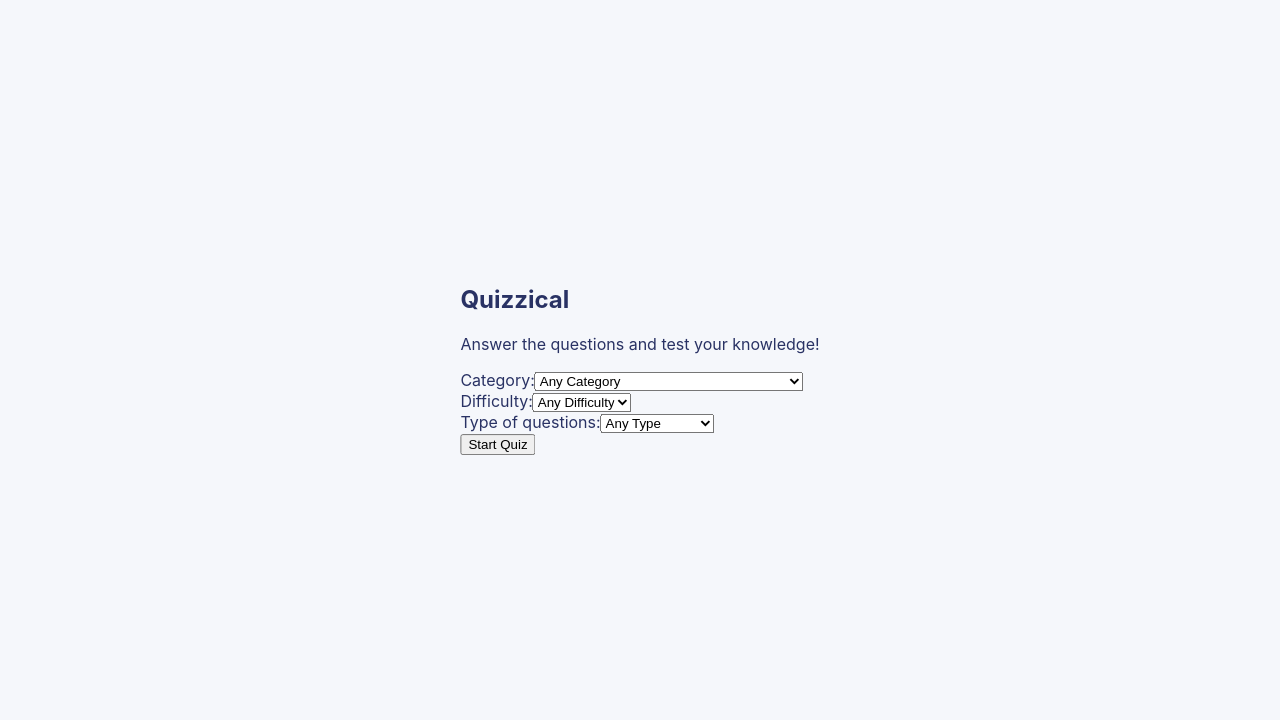
Repository: alexandruvisan19/Quizzical
Page: /
An editor plug-in stored every save of this project. The page is shown before and after a run of saves, followed by the edit.
The browser window is 1280 px wide. The pictures show the whole page.
The project was rebuilt for these pictures with package versions that can differ from the ones it lists, and the page was loaded fresh each time. Also part of the build but not shown: src/components/QuestionsAndAnswers/QuestionsAndAnswers.css, src/components/Question/Question.tsx, src/services/getQuestions.tsx, src/components/QuestionsAndAnswers/QuestionsAndAnswers.tsx.

Above is the page before, as saved 2022-08-04 07:45:50.

### src/index.css
body {
	margin: 0;
	font-family: -apple-system, BlinkMacSystemFont, "Segoe UI", "Roboto", "Oxygen", "Ubuntu", "Cantarell", "Fira Sans",
		"Droid Sans", "Helvetica Neue", sans-serif;
	-webkit-font-smoothing: antialiased;
	-moz-osx-font-smoothing: grayscale;
	background-color: #f5f7fb;
	color: #293264;
}

code {
	font-family: source-code-pro, Menlo, Monaco, Consolas, "Courier New", monospace;
}

### src/App.tsx
import React, { useEffect, useState } from "react";
import "./App.css";
import QuestionsAndAnswers from "./components/QuestionsAndAnswers/QuestionsAndAnswers";
import { ToastContainer, toast } from 'react-toastify';

function App() {
	const [startQuiz, setStartQuiz] = useState(false);
	const [showNoQuestionsError, setShowNoQuestionsError] = useState(false);
	const [quizOptions, setQuizOptions] = useState({
		category: "",
		difficulty: "",
		type: "",
	});

	const startQuizHandler = () => setStartQuiz((prevStartQuiz) => !prevStartQuiz);

	const handleNoQuestionsError = (boolean: any) => setShowNoQuestionsError(boolean);

	const changeQuizHandler = (e: any) => {
		setQuizOptions((prevQuizOptions) => {
			return { ...prevQuizOptions, [e.target.name]: e.target.value };
		});
	};

	console.log(quizOptions);
	toast.error("OH NO ERROR");

	return (
		<div className="App">
			{startQuiz ? (
				<QuestionsAndAnswers
					quizOptions={quizOptions}
					startQuizHandler={startQuizHandler}
					handleNoQuestionsError={handleNoQuestionsError}
				/>
			) : (
				<section className="game-intro">
					<h1 className="game-title">Quizzical</h1>
					<p className="game-text">Answer the questions and test your knowledge!</p>

					{showNoQuestionsError && (
						<h2 className="noQuestions-text">Oops! We couldn't find any questions with these options!</h2>
					)}

					<div className="gameOptions-container">
						<div className="select-container">
							<label className="custom-label" htmlFor="category">
								Category:
							</label>

							<select onChange={changeQuizHandler} name="category" id="category" className="custom-select">
								<option value="">Any Category</option>
								<option value="9">General Knowledge</option>
								<option value="10">Entertainment: Books</option>
								<option value="11">Entertainment: Film</option>
								<option value="12">Entertainment: Music</option>
								<option value="13">Entertainment: Musicals &amp; Theatres</option>
								<option value="14">Entertainment: Television</option>
								<option value="15">Entertainment: Video Games</option>
								<option value="16">Entertainment: Board Games</option>
								<option value="17">Science &amp; Nature</option>
								<option value="18">Science: Computers</option>
								<option value="19">Science: Mathematics</option>
								<option value="20">Mythology</option>
								<option value="21">Sports</option>
								<option value="22">Geography</option>
								<option value="23">History</option>
								<option value="24">Politics</option>
								<option value="25">Art</option>
								<option value="26">Celebrities</option>
								<option value="27">Animals</option>
								<option value="28">Vehicles</option>
								<option value="29">Entertainment: Comics</option>
								<option value="30">Science: Gadgets</option>
								<option value="31">Entertainment: Japanese Anime &amp; Manga</option>
								<option value="32">Entertainment: Cartoon &amp; Animations</option>
							</select>
						</div>

						<div className="select-container">
							<label className="custom-label" htmlFor="difficulty">
								Difficulty:
							</label>

							<select onChange={changeQuizHandler} name="difficulty" id="difficulty" className="custom-select">
								<option value="">Any Difficulty</option>
								<option value="easy">Easy</option>
								<option value="medium">Medium</option>
								<option value="hard">Hard</option>
							</select>
						</div>

						<div className="select-container">
							<label className="custom-label" htmlFor="type">
								Type of questions:
							</label>

							<select onChange={changeQuizHandler} name="type" id="type" className="custom-select">
								<option value="">Any Type</option>
								<option value="multiple">Multiple Choice</option>
								<option value="boolean">True / False</option>
							</select>
						</div>
					</div>

					<button onClick={startQuizHandler} className="btn-primary">
						Start Quiz
					</button>
				</section>
			)}
		</div>
	);
}

export default App;
function setShowNoQuestionsError(boolean: any) {
	throw new Error("Function not implemented.");
}

### src/App.css
.App {
	position: absolute;
	top: 50%;
	left: 50%;
	margin-right: -50%;
	transform: translate(-50%, -50%);
	max-width: 800px;
}

.App-logo {
	height: 40vmin;
	pointer-events: none;
}

.container {
	text-align: center;
}

.container button {
	background-color: #4d5b9e;
	color: #fff;
	border-radius: 12px;
	border: none;
	padding: 15px 40px;
	font-size: 20px;
	cursor: pointer;
}

.container button:hover {
	background-color: #6070c4;
}

@media (prefers-reduced-motion: no-preference) {
	.App-logo {
		animation: App-logo-spin infinite 20s linear;
	}
}

.App-header {
	background-color: #282c34;
	min-height: 100vh;
	display: flex;
	flex-direction: column;
	align-items: center;
	justify-content: center;
	font-size: calc(10px + 2vmin);
	color: white;
}

.App-link {
	color: #61dafb;
}

@keyframes App-logo-spin {
	from {
		transform: rotate(0deg);
	}
	to {
		transform: rotate(360deg);
	}
}

Loaded but not shown: public/index.html (common file); src/index.tsx (common file); src/reportWebVitals.ts (common file)

After the next 2 saves:
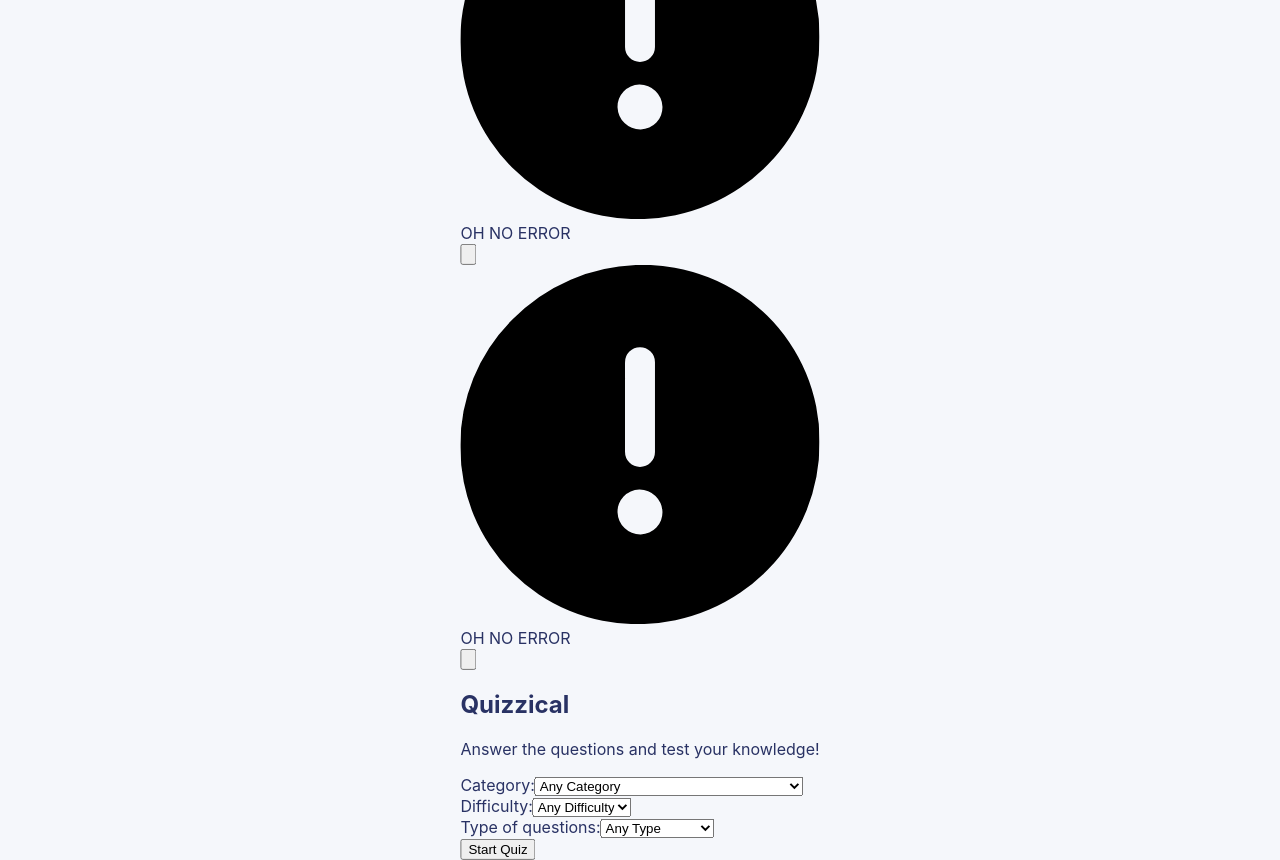
The 2 saves are shown as one change because they came seconds apart.
The last was saved 14 s later.
--- a/src/App.tsx
+++ b/src/App.tsx
@@ -1,7 +1,7 @@
 import React, { useEffect, useState } from "react";
 import "./App.css";
 import QuestionsAndAnswers from "./components/QuestionsAndAnswers/QuestionsAndAnswers";
-import { ToastContainer, toast } from 'react-toastify';
+import { ToastContainer, toast } from "react-toastify";
 
 function App() {
 	const [startQuiz, setStartQuiz] = useState(false);
@@ -27,6 +27,7 @@
 
 	return (
 		<div className="App">
+			<ToastContainer />
 			{startQuiz ? (
 				<QuestionsAndAnswers
 					quizOptions={quizOptions}

After the save that followed:
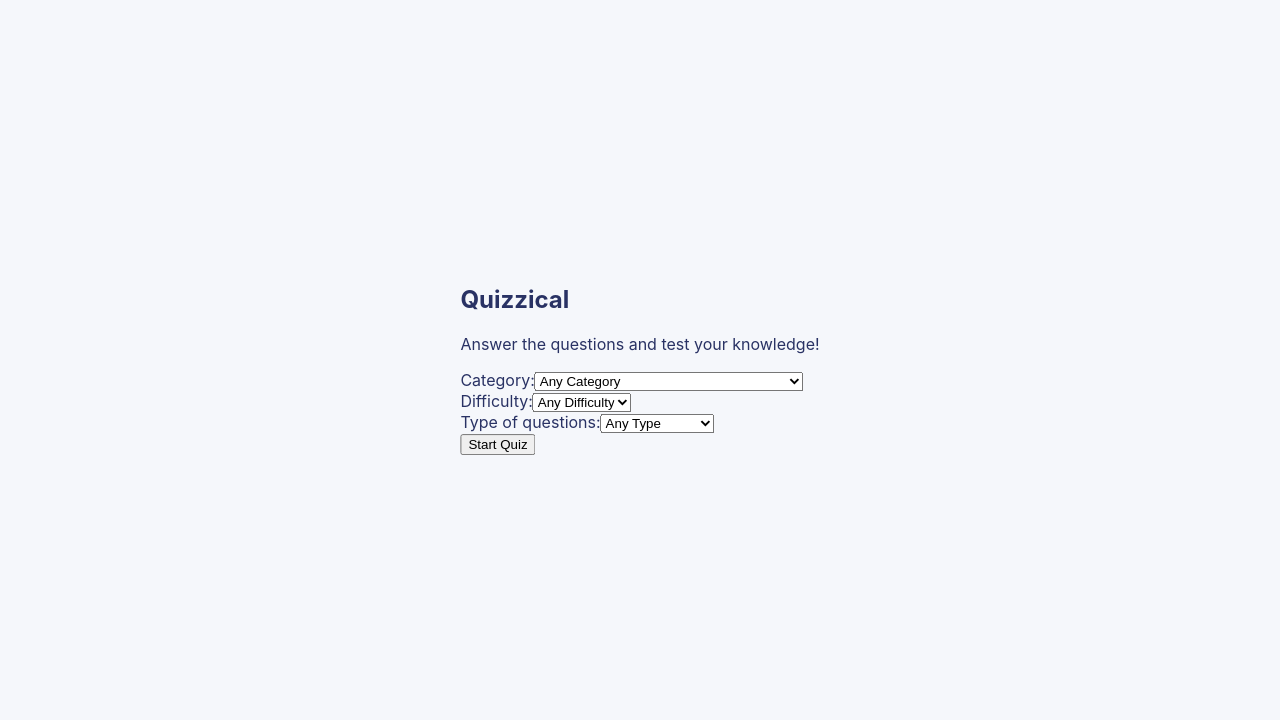
Saved 6 s later.
--- a/src/App.tsx
+++ b/src/App.tsx
@@ -27,7 +27,6 @@
 
 	return (
 		<div className="App">
-			<ToastContainer />
 			{startQuiz ? (
 				<QuestionsAndAnswers
 					quizOptions={quizOptions}
